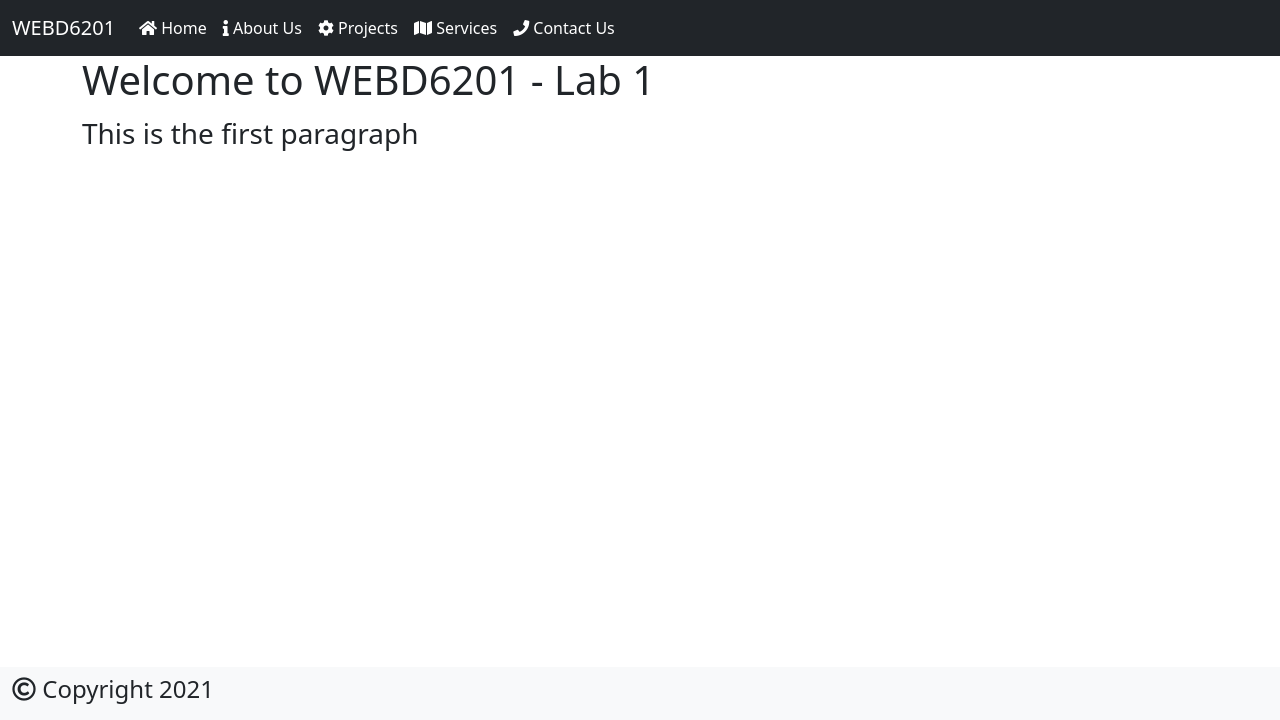
Repository: spencernewellevans/WEBD6201-ICE01
Page: contact.html
An editor plug-in stored every save of this project. The page is shown before and after the next save, followed by the edit.
The browser window is 1280 px wide. The pictures show the whole page.

Above is the page before, as saved 2021-01-22 19:06:19.

### contact.html
<!DOCTYPE html>
<html lang="en">
<head>
    <meta charset="UTF-8">
    <meta name="viewport" content="width=device-width, initial-scale=1.0">
    <title>Home</title>
    <!-- CSS Section-->
    <link rel="stylesheet" href="./node_modules/bootstrap/dist/css/bootstrap.min.css">
    <link rel="stylesheet" href="./node_modules/@fortawesome/fontawesome-free/css/all.min.css">
    <link rel="stylesheet" href="./Content/app.css">
</head>
<body>
    <!-- Main Header -->
    <header>
        <!-- Main Navigation -->
        <nav class="navbar navbar-expand-lg navbar-dark bg-dark">
            <div class="container-fluid">
              <a class="navbar-brand" href="#=index.html">WEBD6201</a>
              <button class="navbar-toggler" type="button" data-bs-toggle="collapse" data-bs-target="#navbarSupportedContent" aria-controls="navbarSupportedContent" aria-expanded="false" aria-label="Toggle navigation">
                <span class="navbar-toggler-icon"></span>
              </button>
              <div class="collapse navbar-collapse" id="navbarSupportedContent">
                <ul class="navbar-nav me-auto mb-2 mb-lg-0">
                  <li class="nav-item">
                    <a class="nav-link active" aria-current="page" href="index.html"><i class="fas fa-home fa-large"></i> Home</a>
                  </li>

                  <li class="nav-item">
                    <a class="nav-link active" aria-current="page" href="about.html"><i class="fas fa-info fa-large"></i> About Us</a>
                  </li>

                  <li class="nav-item">
                    <a class="nav-link active" aria-current="page" href="projects.html"><i class="fas fa-cog fa-large"></i> Projects</a>
                  </li>

                  <li class="nav-item">
                    <a class="nav-link active" aria-current="page" href="services.html"><i class="fas fa-map fa-large"></i> Services</a>
                  </li>

                  <li class="nav-item">
                    <a class="nav-link active" aria-current="page" href="contact.html"><i class="fas fa-phone fa-large"></i> Contact Us</a>
                  </li>
                </ul>
              </div>
            </div>
          </nav>
    </header>

    <!-- Main Content -->
    <main class="container">
        <h1>Welcome to WEBD 6201</h1>
        <p id="paragraphOne"></p>
    </main>

    <!-- Main Footer -->
    <footer>
        <nav class="navbar fixed-bottom navbar-light bg-light">
            <div class="container-fluid">
              <h4><i class="far fa-copyright fa-large"></i> Copyright 2021</h4>
            </div>
          </nav>
    </footer>

    <!-- Script Section -->
    <script src="./node_modules/jquery/dist/jquery.min.js"></script>
    <script src="./node_modules/bootstrap/dist/js/bootstrap.bundle.min.js"></script>
    <script src="./Scripts/app.js"></script>
</body>
</html>

### content/app.css
/* Custom CSS goes here */

### scripts/app.js
/* Custom JavaScript goes here */

// IIFE - Immediately Invoked Function Expression
// Anonymous self-executing expression
// limits scope leak

"use strict";

(function()
{

    function Start()
    {
        console.log("App Started...");

        let paragraphOneText = "This is a simple site to demonstrate DOM manipulation for ICE 1";

        let paragraphOneElement = document.getElementById("paragraphOne");

        paragraphOneElement.textContent = paragraphOneText;
        paragraphOneElement.className = "fs-5"

        // CREATION
        // Step 1. create the element
        let newParagraph = document.createElement("p");
        // Step 2. configure the element
        newParagraph.setAttribute("id","paragraphTwo");
        newParagraph.textContent = "...And this is paragraph two"
        // Step 3. select parent element
        let mainContent = document.getElementsByTagName("main")[0];
        // Step 3. insert the element
        mainContent.appendChild(newParagraph);
        newParagraph.className = "fs-6";

        let paragraphDiv = document.createElement("div");
        let paragraphThree =  `<p id="paragraphThree" class="fs-7 fw-bold">And this is the third paragraph</p>`;
        paragraphDiv.innerHTML = paragraphThree;

        // INSERTION
        // insertion before a node example
        //newParagraph.before(paragraphDiv);

        // insertion after a node example
        newParagraph.after(paragraphDiv);

        // DELETION
        // example of removing a single element
        //paragraphOneElement.remove();

        // removeChild example
        mainContent.removeChild(paragraphOneElement);

        // MODIFICATION
        //mainContent.firstElementChild.textContent = "Welcome Home!"
        mainContent.innerHTML =
        `<h1 id="firstHeading">Welcome to WEBD6201 - Lab 1</h1>
        <p id="paragraphOne" class="fs-3">This is the first paragraph</p>
        `;

    }

    window.addEventListener("load", Start);

})();

Loaded but not shown: node_modules/bootstrap/dist/css/bootstrap.min.css (library); node_modules/@fortawesome/fontawesome-free/css/all.min.css (library); node_modules/jquery/dist/jquery.min.js (library); node_modules/bootstrap/dist/js/bootstrap.bundle.min.js (library)

After the next save:
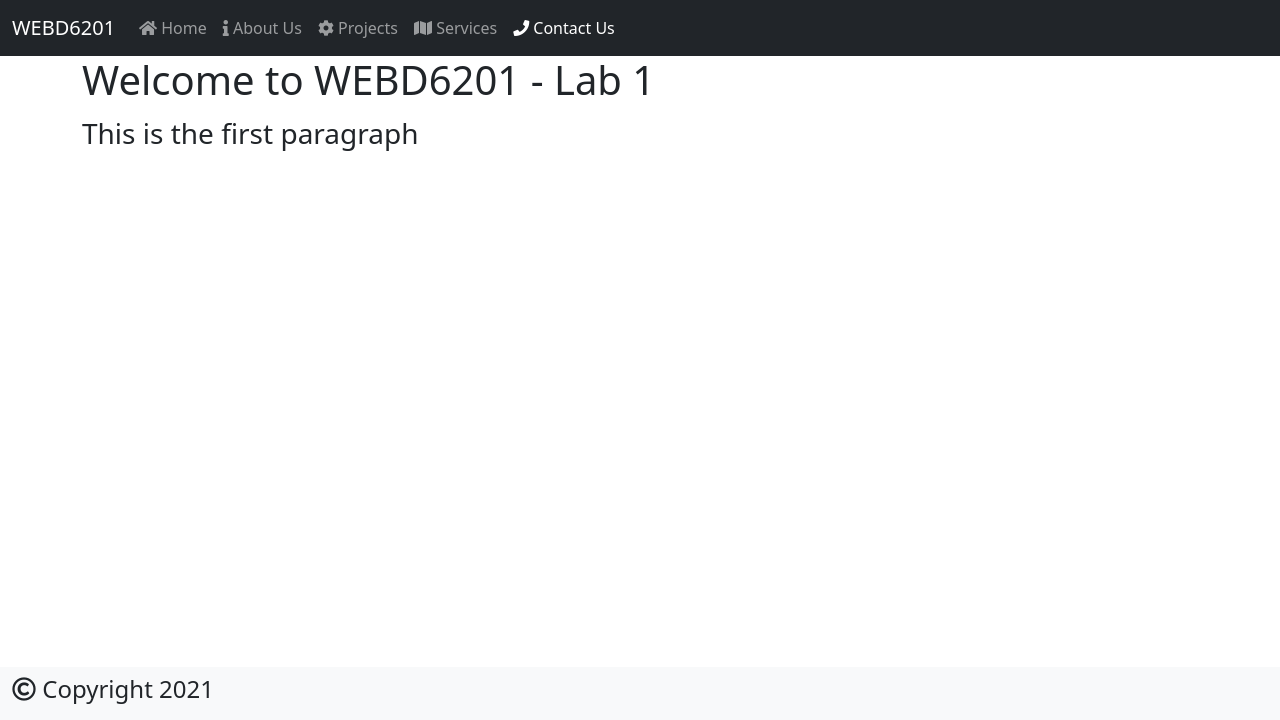
Saved 20 s later.
--- a/contact.html
+++ b/contact.html
@@ -3,7 +3,7 @@
 <head>
     <meta charset="UTF-8">
     <meta name="viewport" content="width=device-width, initial-scale=1.0">
-    <title>Home</title>
+    <title>Contact</title>
     <!-- CSS Section-->
     <link rel="stylesheet" href="./node_modules/bootstrap/dist/css/bootstrap.min.css">
     <link rel="stylesheet" href="./node_modules/@fortawesome/fontawesome-free/css/all.min.css">
@@ -22,19 +22,19 @@
               <div class="collapse navbar-collapse" id="navbarSupportedContent">
                 <ul class="navbar-nav me-auto mb-2 mb-lg-0">
                   <li class="nav-item">
-                    <a class="nav-link active" aria-current="page" href="index.html"><i class="fas fa-home fa-large"></i> Home</a>
+                    <a class="nav-link" aria-current="page" href="index.html"><i class="fas fa-home fa-large"></i> Home</a>
                   </li>
 
                   <li class="nav-item">
-                    <a class="nav-link active" aria-current="page" href="about.html"><i class="fas fa-info fa-large"></i> About Us</a>
+                    <a class="nav-link" aria-current="page" href="about.html"><i class="fas fa-info fa-large"></i> About Us</a>
                   </li>
 
                   <li class="nav-item">
-                    <a class="nav-link active" aria-current="page" href="projects.html"><i class="fas fa-cog fa-large"></i> Projects</a>
+                    <a class="nav-link" aria-current="page" href="projects.html"><i class="fas fa-cog fa-large"></i> Projects</a>
                   </li>
 
                   <li class="nav-item">
-                    <a class="nav-link active" aria-current="page" href="services.html"><i class="fas fa-map fa-large"></i> Services</a>
+                    <a class="nav-link" aria-current="page" href="services.html"><i class="fas fa-map fa-large"></i> Services</a>
                   </li>
 
                   <li class="nav-item">
